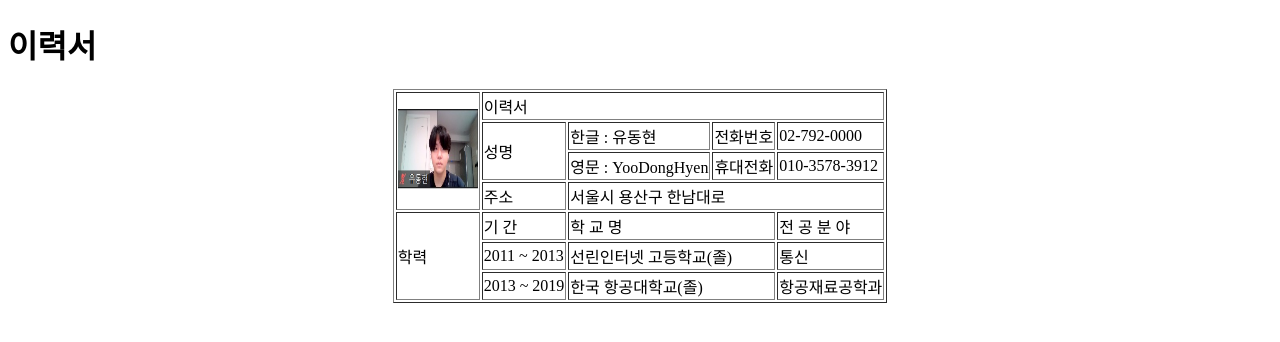
Repository: DongHyenYoo/DongHyen
Page: JdbcStudy/HTMLTEST/WebContent/resume.html
These files come from the project's save history. The page is drawn as it stood at one moment and after the next save; the edit follows.
The browser window is 1280 px wide. The pictures show the whole page.

Above is the page before, as saved 2022-09-23 08:25:04.

After the next save:
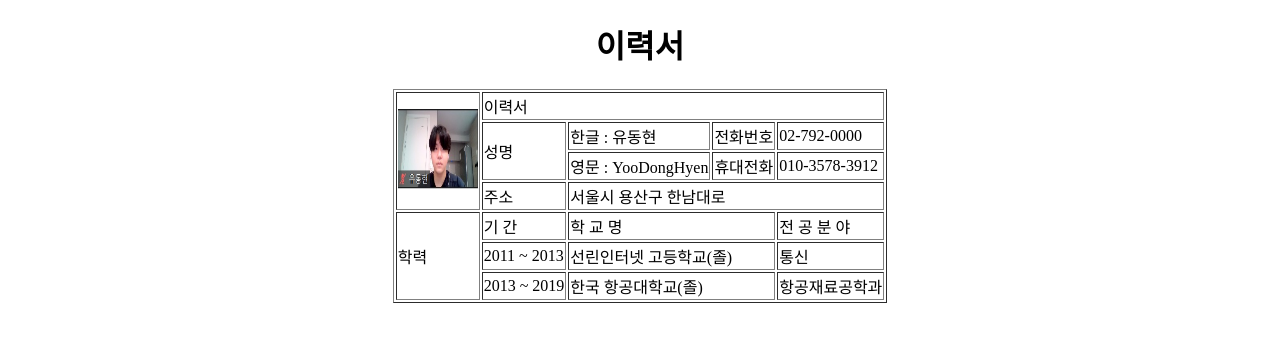
Saved 25 s later.
--- a/JdbcStudy/HTMLTEST/WebContent/resume.html
+++ b/JdbcStudy/HTMLTEST/WebContent/resume.html
@@ -5,7 +5,7 @@
 <title>이력서</title>
 </head>
 <body>
-<h1>이력서</h1>
+<h1 align = "center">이력서</h1>
 <table border="1" align = "center">
 <tr>
 <td rowspan="4"><img src="Test.jpg" width = "80" height="80" alt="테스트"></td> <td colspan="4">이력서</td>
